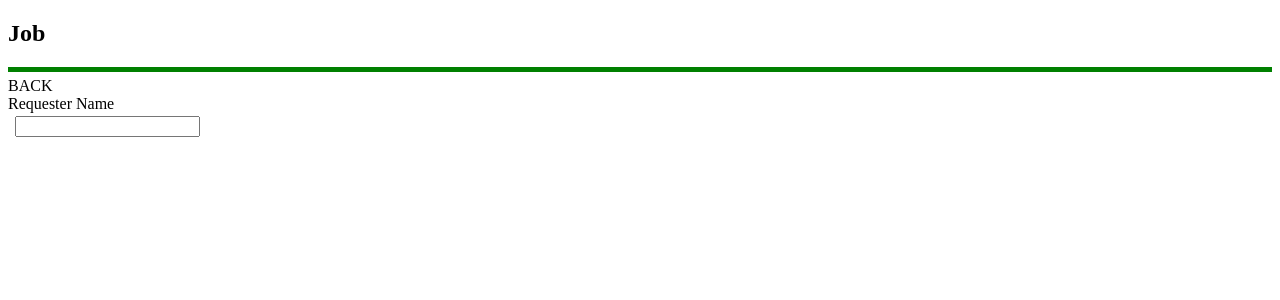
Repository: anvarhaseeb/jobPortalSystem
Page: http://localhost/public_html/JobPost.jsp
These files come from the project's save history. The page is drawn as it stood at one moment and after the next save; the edit follows.
The browser window is 1280 px wide. The pictures show the whole page.
The page is served by Tomcat 9.

Above is the page before, as saved 2024-01-10 06:41:11.
Console error: ReferenceError: $ is not defined

After the next save:
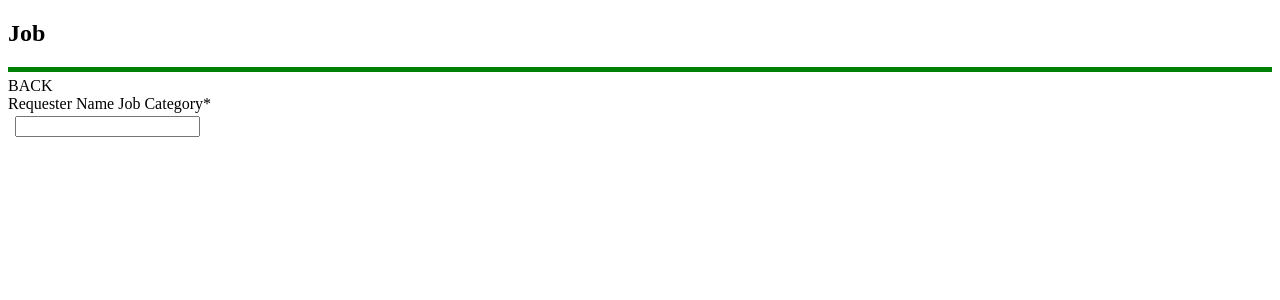
Saved 12 s later.
--- a/JOB/public_html/JobPost.jsp
+++ b/JOB/public_html/JobPost.jsp
@@ -88,7 +88,9 @@ $(document).ready(function(){
 			<s:hidden name="model.actionName" value="%{actionName}" />
 
 				<div class="row form-group">
-					<label class="col-3 col-form-label"><s:text name="req.Name" /></label>
+					<label class="col-3 col-form-label"><s:text name="req.Name" />
+					<s:text name="job.Category"/><span class="text-danger">*</span>
+					</label>
 					<div class="col-3">
 						<s:textfield name="reqName" class="form-control" id="reqName"
 							mandatory="true" />
